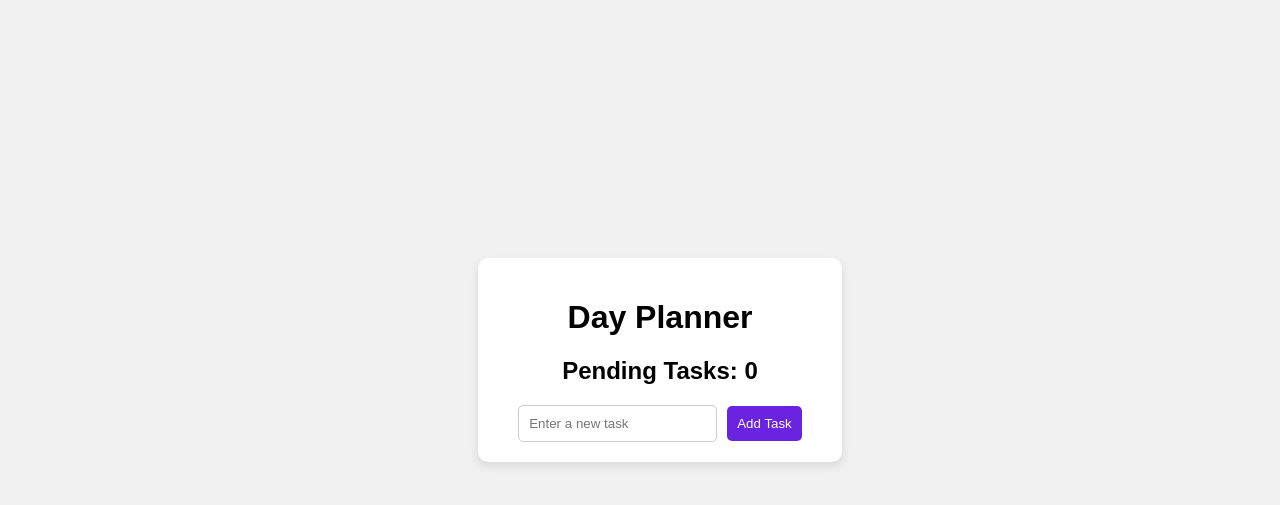
Repository: jgache/COMP-3170-0-Lab4
Page: /
An editor plug-in stored every save of this project. The page is shown before and after a run of saves, followed by the edit.
The browser window is 1280 px wide. The pictures show the whole page.
The project was rebuilt for these pictures with package versions that can differ from the ones it lists, and the page was loaded fresh each time. Also part of the build but not shown: vite.config.js, src/components/Task.jsx.

Above is the page before, as saved 2024-10-22 15:40:43.

### index.html
<!doctype html>
<html lang="en">
  <head>
    <meta charset="UTF-8" />
    <link rel="icon" type="image/svg+xml" href="/vite.svg" />
    <meta name="viewport" content="width=device-width, initial-scale=1.0" />
    <title>Shop Mart</title>
  </head>
  <body>
    <div id="root"></div>
    <script type="module" src="/src/main.jsx"></script>
  </body>
</html>

### src/App.jsx
import { useState } from 'react';
import TaskForm from './components/TaskForm.jsx';
import TaskList from './components/TaskList.jsx';
import './index.css';

function App() {
    const [tasks, setTasks] = useState([]);

    const addTask = (description) => {
        const newTask = { id: Date.now(), description, completed: false };
        setTasks((prevTasks) => [...prevTasks, newTask]);
    };

    const toggleComplete = (taskId) => {
        setTasks((prevTasks) =>
            prevTasks.map((task) =>
                task.id === taskId ? { ...task, completed: !task.completed } : task
            )
        );
    };

    const deleteTask = (taskId) => {
        setTasks((prevTasks) => prevTasks.filter((task) => task.id !== taskId));
    };

    const pendingTasks = tasks.filter((task) => !task.completed).length;

    return (
        <div className="app-container">
            <h1>Day Planner</h1>
            <h2>
                {pendingTasks === 1
                    ? `Pending Task: ${pendingTasks}`
                    : `Pending Tasks: ${pendingTasks}`}
            </h2>
            <TaskForm addTask={addTask} />
            <TaskList tasks={tasks} toggleComplete={toggleComplete} deleteTask={deleteTask} />
        </div>
    );
}

export default App;

### src/index.css

body {
    margin: 0;
    height: 100vh;
    display: flex;
    justify-content: center;
    align-items: center;
    font-family: Arial, sans-serif;
    background-color: #f0f0f0;
}

.app-container {
    text-align: center;
    padding: 20px;
    background-color: white;
    border-radius: 10px;
    box-shadow: 0 4px 8px rgba(0, 0, 0, 0.1);
    max-width: 400px;
    width: 100%;
}

form input {
    padding: 10px;
    margin-right: 10px;
    border: 1px solid #ccc;
    border-radius: 5px;
}

form button {
    padding: 10px;
    border: none;
    background-color: #6923e1;
    color: white;
    border-radius: 5px;
    cursor: pointer;
}

form button:hover {
    background-color: #8600b3;
}

.task {
    margin: 10px 0;
    padding: 10px;
    background-color: #f9f9f9;
    border-radius: 5px;
    display: flex;
    justify-content: space-between;
    align-items: center;
    box-shadow: 0 2px 4px rgba(0, 0, 0, 0.1);
}

.task input {
    margin-right: 10px;
}

.task button {
    text-decoration: none;
    padding: 5px 10px;
    border: none;
    background-color: red;
    color: white;
    border-radius: 5px;
    cursor: pointer;
}

.task button:hover {
    background-color: darkred;
}

### src/components/TaskForm.jsx
import { useState } from 'react';


function TaskForm({ addTask }) {
    const [taskDescription, setTaskDescription] = useState('');

    const handleSubmit = (e) => {
        e.preventDefault();
        if (taskDescription.trim() === '') return;
        addTask(taskDescription);
        setTaskDescription('');
    };

    return (
        <form onSubmit={handleSubmit}>
            <input
                type="text"
                value={taskDescription}
                onChange={(e) => setTaskDescription(e.target.value)}
                placeholder="Enter a new task"
            />
            <button type="submit">Add Task</button>
        </form>
    );
}

export default TaskForm;

### src/components/TaskList.jsx
import Task from "./Task";

function TaskList({ tasks, toggleComplete, deleteTask }) {
    return (
        <div className="task-list">
            {tasks.map((task) => (
                <Task
                    key={task.id}
                    task={task}
                    toggleComplete={toggleComplete}
                    deleteTask={deleteTask}
                />
            ))}
        </div>
    );
}

export default TaskList;

Loaded but not shown: src/main.jsx (common file)

After the next 4 saves:
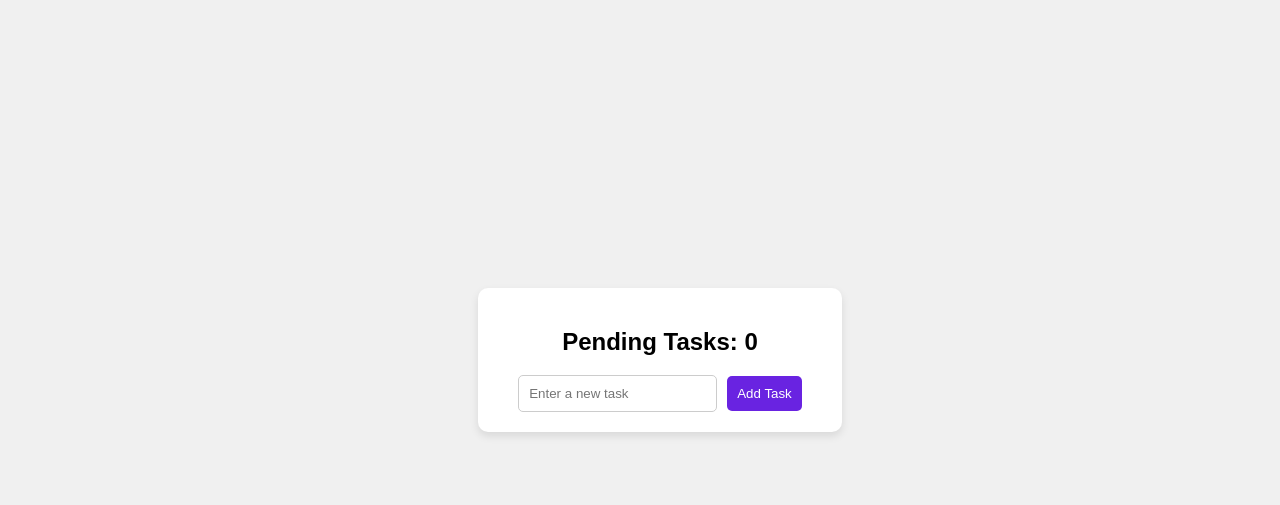
The 4 saves are shown as one change because they came seconds apart.
The last was saved 39 s later.
--- a/src/App.jsx
+++ b/src/App.jsx
@@ -26,8 +26,9 @@ function App() {
     const pendingTasks = tasks.filter((task) => !task.completed).length;
 
     return (
+
+
         <div className="app-container">
-            <h1>Day Planner</h1>
             <h2>
                 {pendingTasks === 1
                     ? `Pending Task: ${pendingTasks}`
